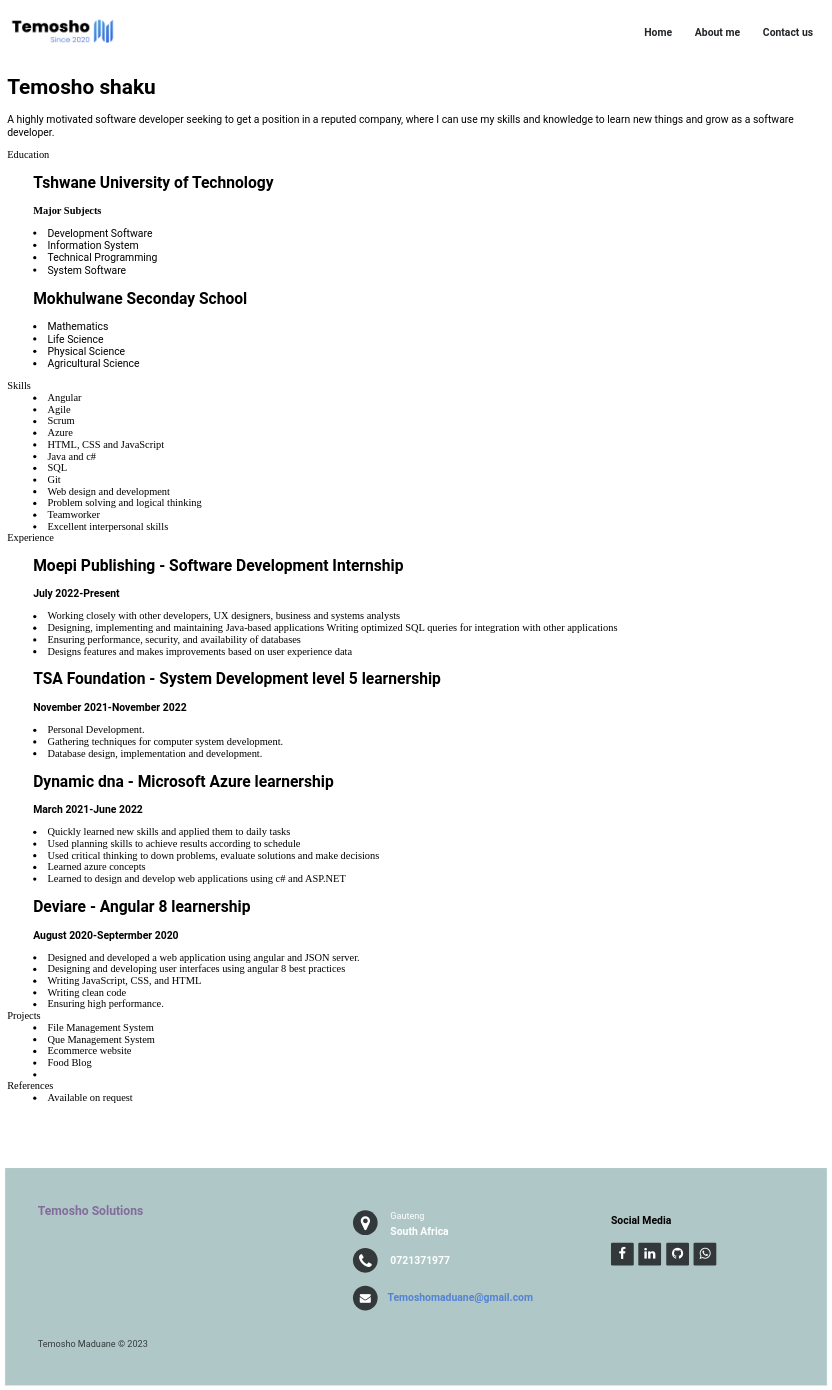
Repository: TemoshoS/T-Shaku
Page: about.html
An editor plug-in stored every save of this project. The page is shown before and after the next save, followed by the edit.
The browser window is 1280 px wide. The pictures show the whole page, at 65% of full size.
Pictures or frames that could not be fetched are drawn as grey boxes. Some web libraries are served in a nearby version.

Above is the page before, as saved 2023-09-28 15:04:00.

### about.html
<!DOCTYPE html>
<html>
<head>
    <title>
        about me
    </title>
    <link rel="stylesheet" href="http://maxcdn.bootstrapcdn.com/font-awesome/4.2.0/css/font-awesome.min.css">
    <link href="http://fonts.googleapis.com/css?family=Cookie" rel="stylesheet" type="text/css">
	  <link rel="stylesheet" href="./css/style.css">



</head>
<body>
  <header>
    <div>
      <table style="width: 100%;">
        <tr>
          <td>
            <a href="index.html">
              <img src="./images/logo.png" style="height: 50px;" alt="No logo" />
            </a>
          </td>
          <td align="right">
            <nav>
              <!-- Mobile Menu Icon -->
              <div class="menu-icon" onclick="toggleMenu()">
                <div class="bar"></div>
                <div class="bar"></div>
                <div class="bar"></div>
              </div>
              <!-- Navigation Links (Initially Hidden) -->
              <ul class="nav-links">
                <a href="index.html" class="nav-link"><b>Home</b></a>
                <a href="about.html" class="nav-link"><b>About me</b></a>
                <a href="contact.html" class="nav-link"><b>Contact us</b></a>
              </ul>
            </nav>
          </td>
        </tr>
      </table>
    </div>
  </header>



 <main>

  <table style="width: 100%;">
    <tr>
      <td>


        <h1 id="name"><b ></b></h1>

        <p id="bio"></p>


          <div class="clear"></div>

          <dl>
              <dt id="education"></dt>
              <dd>
                  <h2 id="school"></h2>
                  <b id="major"></b>
                  <p id="modules"></p>
              </dd>


              <dd>
                  <h2 id="secondary"></h2>
                  <p id="subjects"></p>
              </dd>



              <dt id="skill"></dt>
              <dd id="skills">
              </dd>



              <dt id="experience"></dt>
              <dd id="experiences"></dd>



              <dt id="project"></dt>
              <dd id="unfinishedprojects">

              </dd>

              <dt id="reference"></dt>
              <dd id="reference1"></dd>


          </dl>



      </div>
      </td>
    </tr>
  </table>
  </main>
  <footer class="footer-distributed">
    <div class="footer-left">

        <h3><span>Temosho Solutions</span></h3>
        <p class="footer-links">
          <iframe src="https://www.google.com/maps/embed?pb=!1m18!1m12!1m3!1d57373.12731923028!2d28.183328280934226!3d-26.00669819115315!2m3!1f0!2f0!3f0!3m2!1i1024!2i768!4f13.1!3m3!1m2!1s0x1e956bed9ab01b69%3A0xc853e498933bab2e!2sTembisa%2C%201632!5e0!3m2!1sen!2sza!4v1676883111483!5m2!1sen!2sza"  width="300" height="150" style="border:0;" allowfullscreen="" loping="lazy"></iframe>


        </p>


        <p class="footer-portfolio-name">Temosho Maduane &copy; 2023</p>
    </div>

    <div class="footer-center">

        <div>
            <i class="fa fa-map-marker"></i>
            <p><span>Gauteng</span>South Africa</p>
        </div>
        <div>
            <i class="fa fa-phone"></i>
            <p>0721371977</p>
        </p>

        </div>
        <div>

            <p><a href="temoshomaduane@gmail.com"><i class="fa fa-envelope"></i>Temoshomaduane@gmail.com</a>
            </p>
        </div>
    </div>

    <div class="footer-right">
            <p >
                Social Media
            </p>

            <div class="footer-icons">
                <a href="https://m.facebook.com/temosho.shaku"><i class="fa fa-facebook"></i></a>
                <a href="https://www.linkedin.com/mwlite/in/temosho-shaku-a2598917b"><i class="fa fa-linkedin"></i></a>
                <a href="https://github.com/TemoshoS"><i class="fa fa-github"></i></a>
                <a href="https://api.whatsapp.com/send?phone=27721371977">
                  <i class="fa fa-whatsapp"></i>
              </a>


            </div>

    </div>
</footer>
<script src="./javascript/about.js"></script>
</body>
</html>

### css/style.css
/*Navigation bar*/
.nav-link {
	text-decoration: none;
	display: inline-block;
	padding: 13px 13px;
	color: #212529;
	margin-right: 5px;
  }

  .nav-link:hover {
	text-decoration:none;
	border-bottom: 2px solid #84e7ee;
  }


@import url("https://fonts.googleapis.com/css2?family=Roboto:wght@100&display=swap");
h1,
h2,
h3,
h4,
h5,
h6,
p,
a,
label,
address,
input {
	font-family: "Roboto", sans-serif;
}

/* CSS for Mobile Menu Icon */
.menu-icon {
    display: none; /* Initially hidden */
    cursor: pointer;
}

.menu-icon .bar {
    width: 25px;
    height: 3px;
    background-color: #212529;
    margin: 4px 0;
}

/* Add this to your style.css file */

.name{
font-family:Apple Chancery, cursive;
}

.description{
font-family:Courier New, monospace;
}
.img-profile {
    border-radius: 150px;
    object-fit: cover;
    border: 2px solid rgb(166, 233, 233);
    width: 300px;
    height: 300px;
}


/*button*/

.buttonmore {
	padding: 0.6em 2em;
	border: none;
	outline: none;
	color: rgb(255, 255, 255);
	cursor: pointer;
	position: relative;
	z-index: 0;
	border-radius: 10px;
	user-select: none;
	-webkit-user-select: none;
	touch-action: manipulation;
  }

  .buttonmore:before {
	content: "";
	background: linear-gradient(
	  45deg,
	  #ff0000,
	  #ff7300,
	  #fffb00,
	  #48ff00,
	  #00ffd5,
	  #002bff,
	  #7a00ff,
	  #ff00c8,
	  #ff0000
	);
	position: absolute;
	top: -2px;
	left: -2px;
	background-size: 400%;
	z-index: -1;
	filter: blur(5px);
	-webkit-filter: blur(5px);
	width: calc(100% + 4px);
	height: calc(100% + 4px);
	animation: glowing-button-85 20s linear infinite;
	transition: opacity 0.3s ease-in-out;
	border-radius: 10px;
  }

  @keyframes glowing-button-85 {
	0% {
	  background-position: 0 0;
	}
	50% {
	  background-position: 400% 0;
	}
	100% {
	  background-position: 0 0;
	}
  }

  .buttonmore:after {
	z-index: -1;
	content: "";
	position: absolute;
	width: 100%;
	height: 100%;
	background: #b0c7c7;
	left: 0;
	top: 0;
	border-radius: 10px;
  }
/*Contact form*/
.contactform {


	border-radius: 5px;
	background-color: #f2f2f2;
	padding: 20px;
	width: 400px;
	margin-left: auto;
	margin-right: auto;

}



.footer-distributed{
	background-color: #b0c7c7;
	box-shadow: 0 1px 1px 0 rgba(5, 110, 52, 0.12);
	box-sizing: border-box;
	width: 100%;
	text-align: left;
	font: bold 16px sans-serif;

	padding: 55px 50px;
	margin-top: 80px;
}

.footer-distributed .footer-left,
.footer-distributed .footer-center,
.footer-distributed .footer-right{
	display: inline-block;
	vertical-align: top;
}

.footer-distributed .footer-left{
	width: 40%;
}

.footer-distributed h3{
	color:  #ffffff;

	margin: 0;
}

.footer-distributed h3 span{
	color:  #826c9b;
}


.footer-distributed .footer-links{
	color:  #ffffff;
	margin: 20px 0 12px;
	padding: 0;
}

.footer-distributed .footer-links a{
	display:inline-block;
	line-height: 1.8;
	text-decoration: none;
	color:  inherit;
}

.footer-distributed .footer-portfolio-name{
	color:  #373d3d;
	font-size: 14px;
	font-weight: normal;
	margin: 0;
}


.footer-distributed .footer-center{
	width: 35%;
}

.footer-distributed .footer-center i{
	background-color:  #33383b;
	color: #ffffff;
	font-size: 25px;
	width: 38px;
	height: 38px;
	border-radius: 50%;
	text-align: center;
	line-height: 42px;
	margin: 10px 15px;
	vertical-align: middle;
}

.footer-distributed .footer-center i.fa-envelope{
	font-size: 17px;
	line-height: 38px;
}

.footer-distributed .footer-center p{
	display: inline-block;
	color: #ffffff;
	vertical-align: middle;
	margin:0;
}

.footer-distributed .footer-center p span{
	display:block;
	font-weight: normal;
	font-size:14px;
	line-height:2;
}

.footer-distributed .footer-center p a{
	color:  #5383d3;
	text-decoration: none;;
}

.footer-distributed .footer-right{
	width: 20%;
}

.footer-distributed .footer-portfolio-about{
	line-height: 20px;
	color:  #92999f;
	font-size: 13px;
	font-weight: normal;
	margin: 0;
}

.footer-distributed .footer-portfolio-about span{
	display: block;
	color:  #ffffff;
	font-size: 14px;
	font-weight: bold;
	margin-bottom: 20px;
}

.footer-distributed .footer-icons{
	margin-top: 25px;
}

.footer-distributed .footer-icons a{
	display: inline-block;
	width: 35px;
	height: 35px;
	cursor: pointer;
	background-color:  #33383b;
	border-radius: 2px;

	font-size: 20px;
	color: #ffffff;
	text-align: center;
	line-height: 35px;

	margin-right: 3px;
	margin-bottom: 5px;
}




@media (max-width: 880px) {

	.menu-icon {
        display: block; /* Display the icon for smaller screens */
    }

    .nav-links {
        display: none; /* Hide the navigation links for smaller screens */
    }

    /* Add additional styles for the navigation links when hidden */
    .nav-link {
        display: block;
        text-align: center;
        margin: 5px 0;
        padding: 10px;
    }



	.img-profile {
		border-radius: 100px;
		object-fit: cover;
		border: 1px solid rgb(166, 233, 233);
		width: 200px;
		height: 200px;
	}


	.footer-distributed{
		font: bold 14px sans-serif;

	}

	.footer-distributed .footer-left,
	.footer-distributed .footer-center,
	.footer-distributed .footer-right{
		display: block;
		width: 100%;
		margin-bottom: 40px;
		text-align: center;
	}

	.footer-distributed .footer-center i{
		margin-left: 0;
	}


}

### javascript/about.js
document.getElementById("name").innerHTML = "Temosho shaku";

document.getElementById("bio").innerHTML = "A highly motivated software developer seeking to get a position in a reputed company, where I can use my skills and knowledge to learn new things and grow as a software developer.";

document.getElementById("education").innerHTML = "Education";

document.getElementById("school").innerHTML = "Tshwane University of Technology";
document.getElementById("major").innerHTML = "Major Subjects";
document.getElementById("modules").innerHTML = "<li>Development Software </li><li> Information System </li><li> Technical Programming </li><li> System Software";

document.getElementById("secondary").innerHTML = "Mokhulwane Seconday School";
document.getElementById("subjects").innerHTML = "<li>Mathematics</li><li>Life Science </li><li> Physical Science </li><li> Agricultural Science";


document.getElementById("skill").innerHTML = "Skills";
document.getElementById("skills").innerHTML = "<li>Angular</li> <li>Agile</li><li>Scrum</li><li>Azure</li> <li>HTML, CSS and JavaScript</li> <li>Java and c#</li> <li>SQL</li> <li>Git</li><li>Web design and development</li> <li>Problem solving and logical thinking</li> <li>Teamworker</li> <li>Excellent interpersonal skills</li>";

document.getElementById("experience").innerHTML = "Experience";
document.getElementById("experiences").innerHTML = "<h2>Moepi Publishing - Software Development Internship</h2><p><b>July 2022-Present</b></p><li>Working closely with other developers, UX designers, business and systems analysts</li><li>Designing, implementing and maintaining Java-based applications Writing optimized SQL queries for integration with other applications</li><li>Ensuring performance, security, and availability of databases</li><li>Designs features and makes improvements based on user experience data</li><h2>TSA Foundation - System Development level 5 learnership</h2><p><b>November 2021-November 2022</b></p><li>Personal Development.</li><li>Gathering techniques for computer system development.</li><li>Database design, implementation and development.</li><h2>Dynamic dna - Microsoft Azure learnership</h2><p><b>March 2021-June 2022</b></p><li>Quickly learned new skills and applied them to daily tasks</li><li>Used planning skills to achieve results according to schedule</li><li>Used critical thinking to down problems, evaluate solutions and make decisions</li><li>Learned azure concepts</li><li>Learned to design and develop web applications using c# and ASP.NET</li><h2>Deviare - Angular 8 learnership</h2><p><b>August 2020-Septermber 2020</b></p><li>Designed and developed a web application using angular and JSON server.</li><li>Designing and developing user interfaces using angular 8 best practices</li><li>Writing JavaScript, CSS, and HTML</li><li>Writing clean code</li><li>Ensuring high performance.</li>";


document.getElementById("project").innerHTML = "Projects";



document.getElementById("unfinishedprojects").innerHTML = "<li> File Management System</li><li> Que Management System </><li> Ecommerce website</li><li> Food Blog</li><li> </li>";


document.getElementById("reference").innerHTML = "References";
document.getElementById("reference1").innerHTML = "<li>Available on request</li>";

function toggleMenu() {
    var navLinks = document.querySelector('.nav-links');
    navLinks.style.display = navLinks.style.display === 'block' ? 'none' : 'block';
}

After the next save:
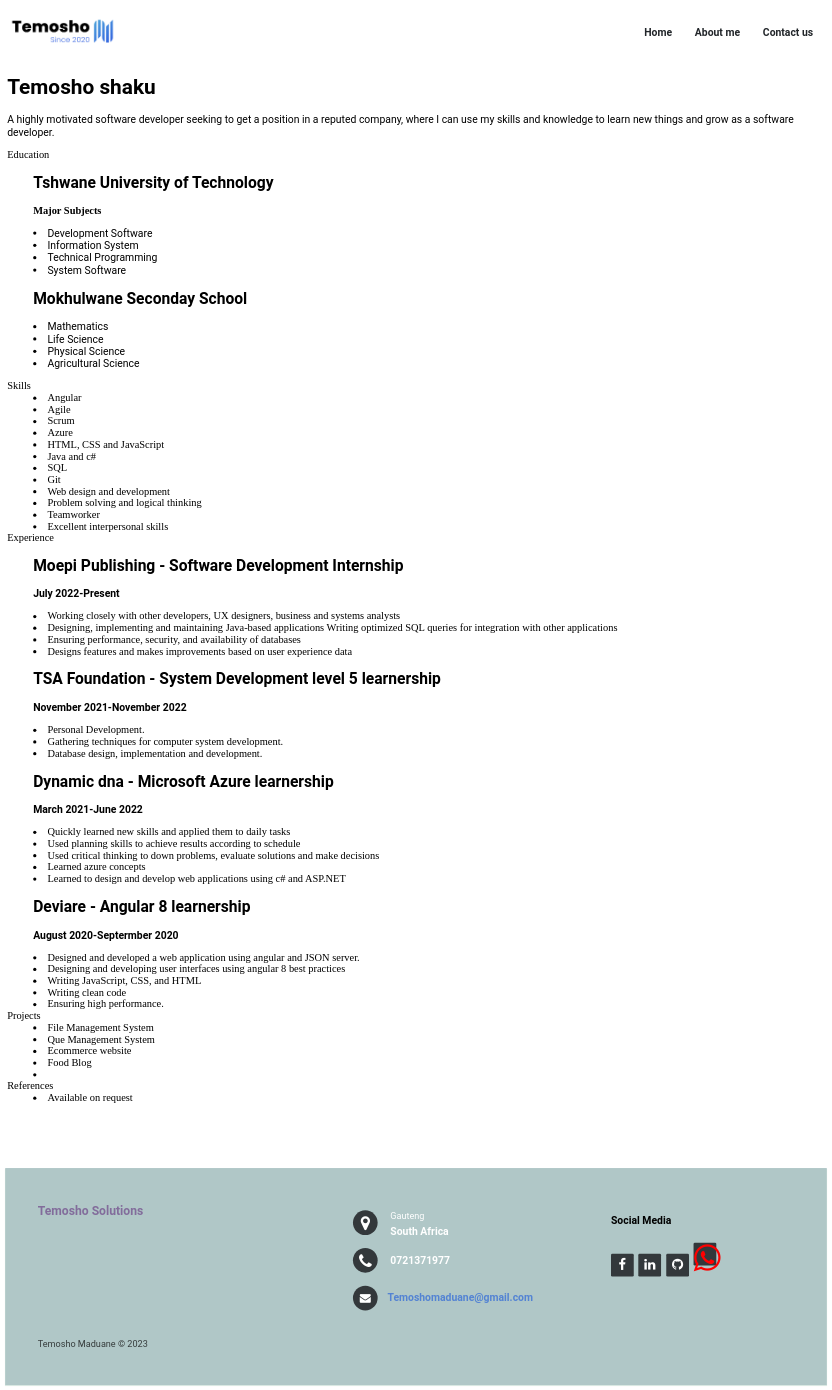
Saved 77 s later.
--- a/about.html
+++ b/about.html
@@ -146,7 +146,7 @@
                 <a href="https://www.linkedin.com/mwlite/in/temosho-shaku-a2598917b"><i class="fa fa-linkedin"></i></a>
                 <a href="https://github.com/TemoshoS"><i class="fa fa-github"></i></a>
                 <a href="https://api.whatsapp.com/send?phone=27721371977">
-                  <i class="fa fa-whatsapp"></i>
+                  <i class="fa fa-whatsapp" style="font-size:48px;color:red"></i>
               </a>
 
 
